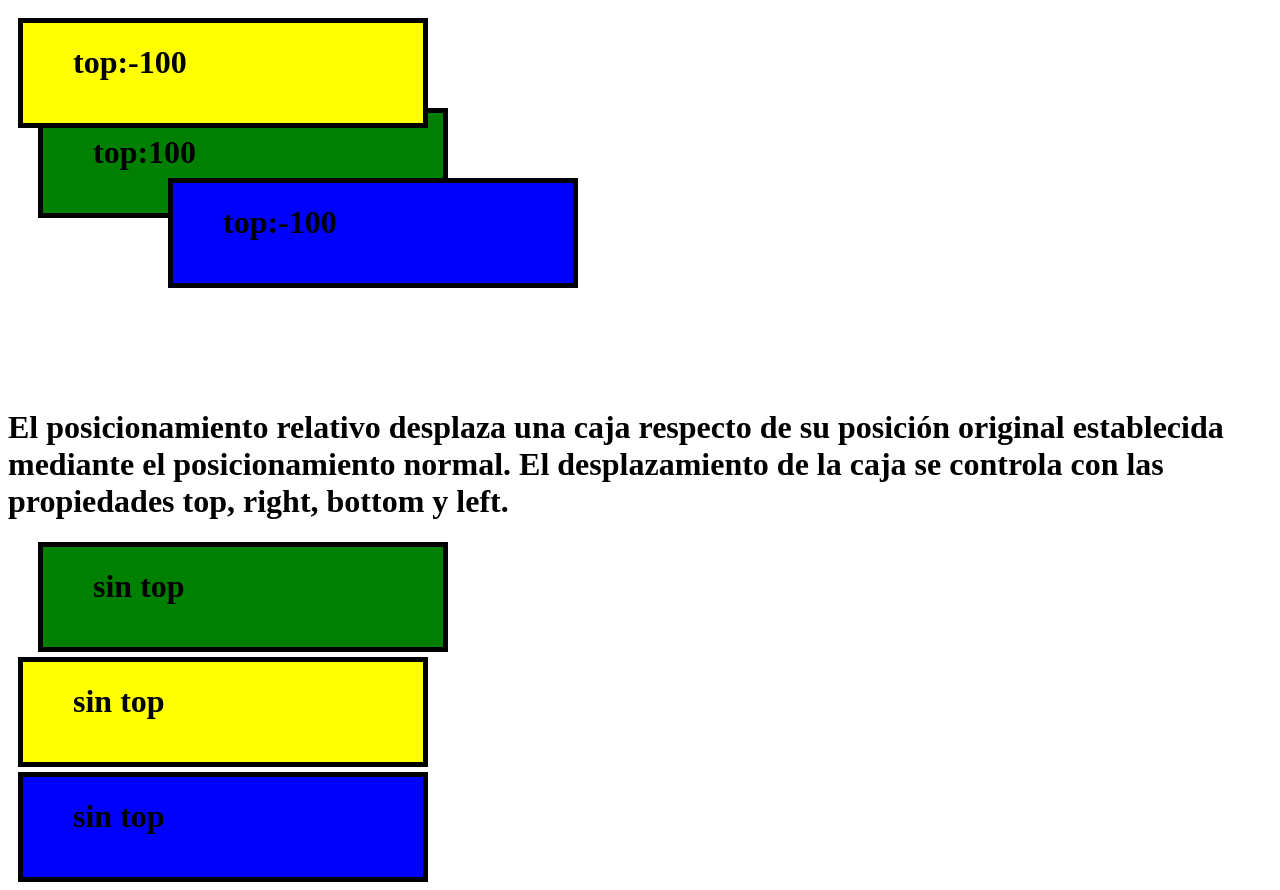
Repository: antonio63j/misNotas
Page: software/CSS/Demos/aptana_proyect/src/relativo.html
The author's editor kept a copy of each file at every save. The page is drawn from the files as they stood at one save, then again after the next save.
The browser window is 1280 px wide. The pictures show the whole page.

Above is the page before, as saved 2017-04-23 17:28:36.

After the next save:
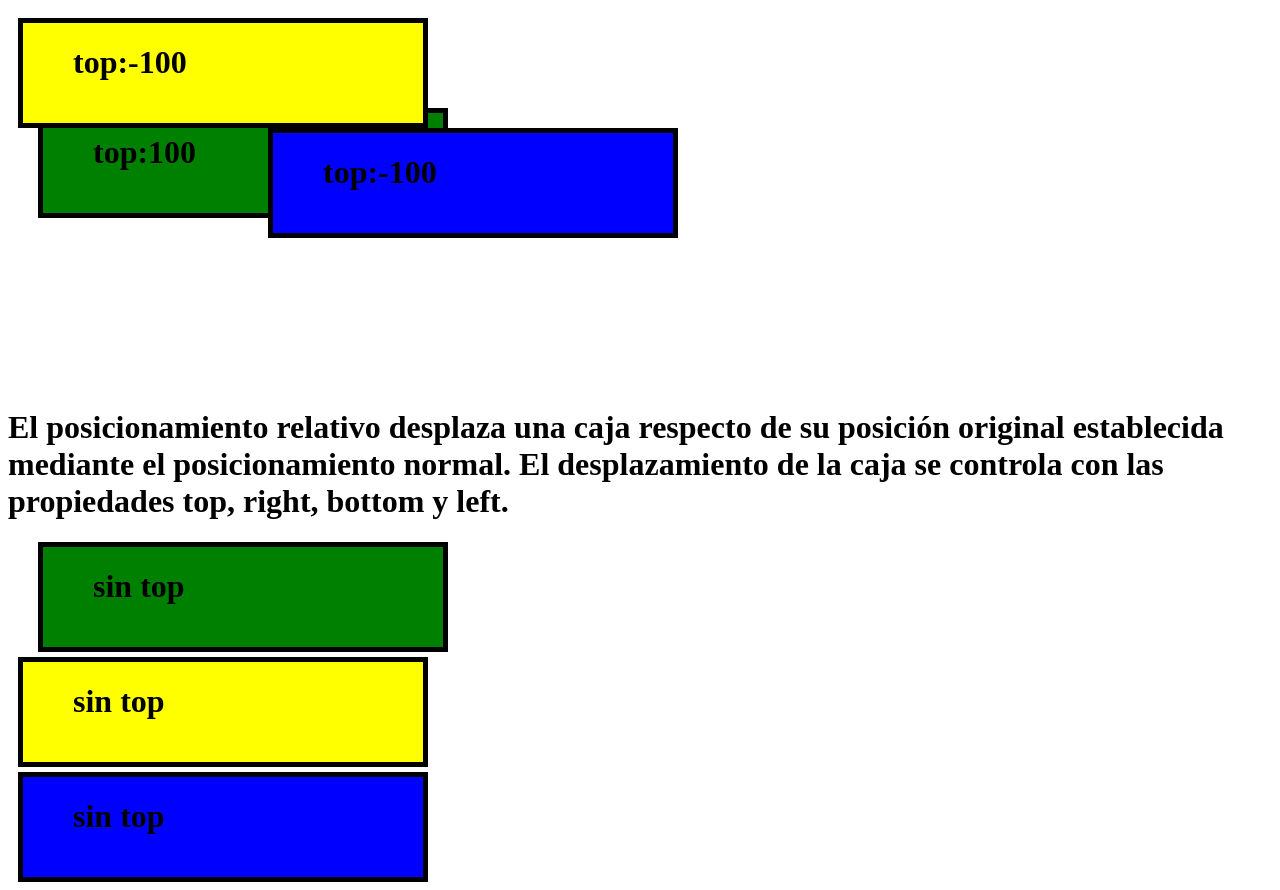
Saved 38 s later.
--- a/software/CSS/Demos/aptana_proyect/src/relativo.html
+++ b/software/CSS/Demos/aptana_proyect/src/relativo.html
@@ -34,9 +34,9 @@
 
 #caja3 {
   position:relative;
-  top:-100px;
+  top:-150px;
   width: 300px;
-  left:150px;
+  left:250px;
   height:100px;
   padding-left:  50px;
   padding-right: 50px;
